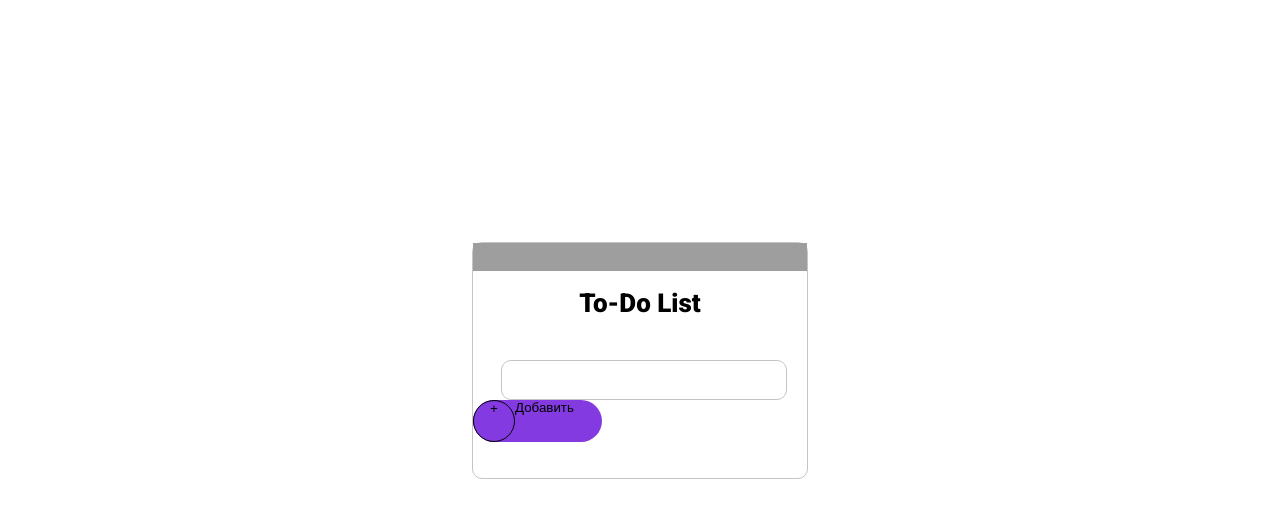
Repository: NatiqSamiyev/To-do-List-js
Page: insex.html
The author's editor kept a copy of each file at every save. The page is drawn from the files as they stood at one save, then again after the next save.
The browser window is 1280 px wide. The pictures show the whole page.
Pictures or frames that could not be fetched are drawn as grey boxes. Some web fonts or font styles are not loaded; a fallback is used.

Above is the page before, as saved 2023-10-31 11:45:40.

After the next save:
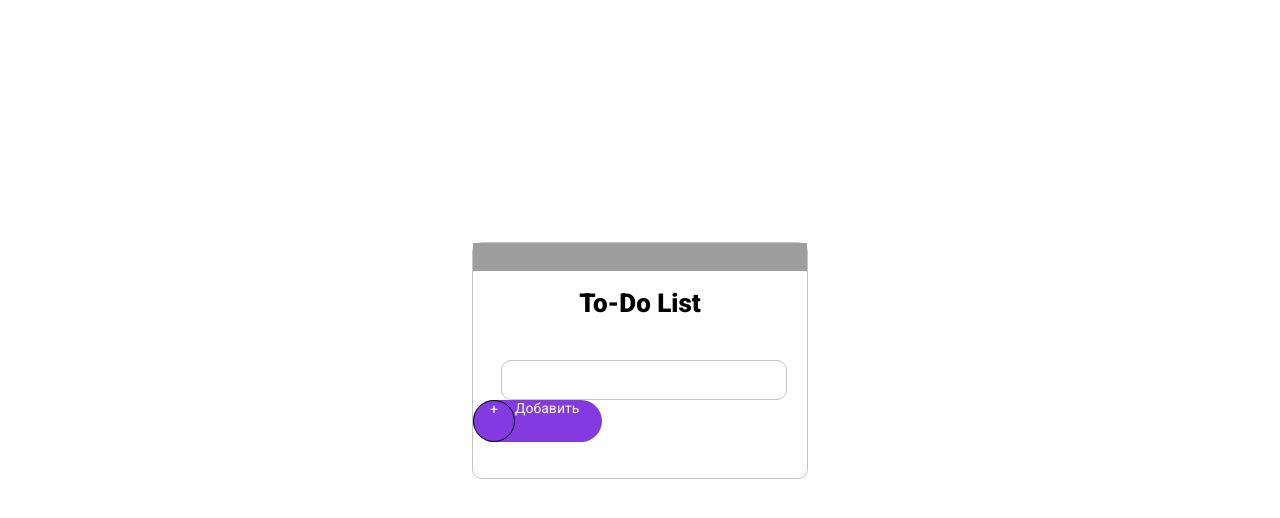
Saved 28 s later.
--- a/index.css
+++ b/index.css
@@ -144,6 +144,14 @@ height: 42px;
 background-color: #833AE0;
 border-radius: 25px;
 border: none;
+
+color: #FFF;
+text-align: center;
+font-family: Roboto;
+font-size: 14px;
+font-style: normal;
+font-weight: 400;
+line-height: normal;
 }
 button .circle{
   border-radius: 50%;
